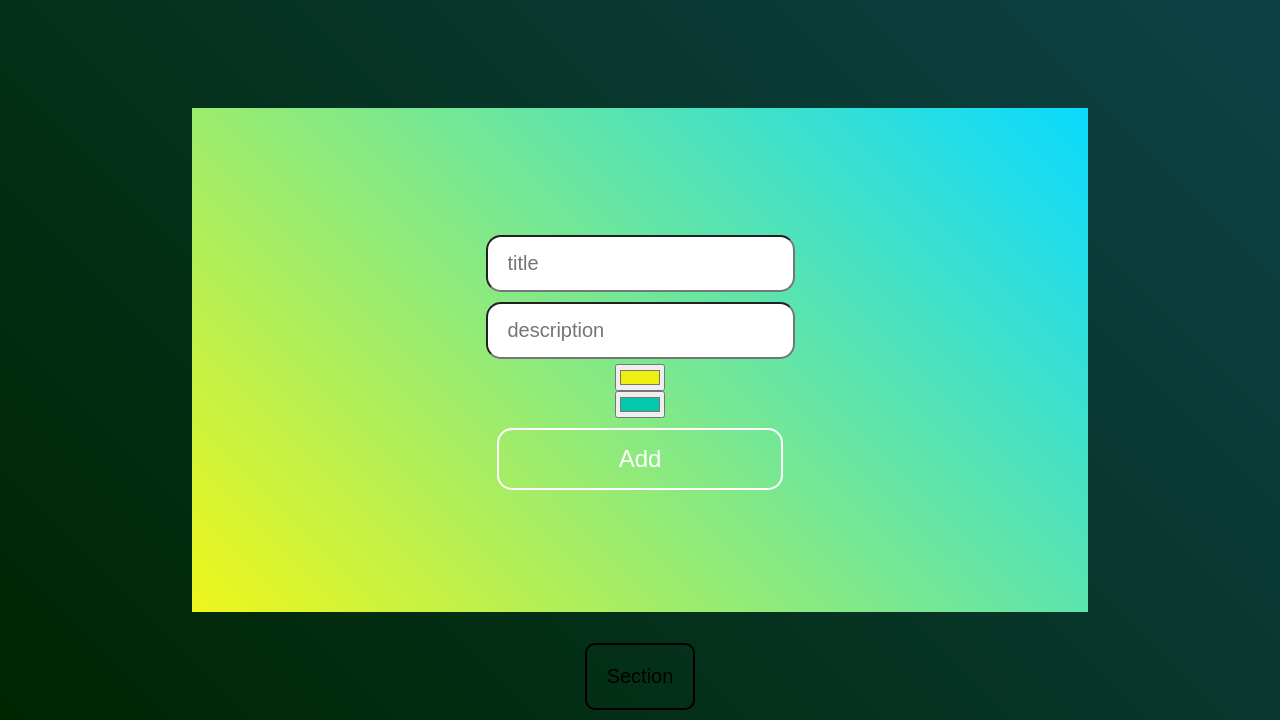
Repository: EdgarSargsyan2001/Trello170622
Page: /, after clicking the first element matching `button.AddSectionBtn`
An editor plug-in stored every save of this project. The page is shown before and after the next save, followed by the edit.
The browser window is 1280 px wide. The pictures show the whole page.
The project was rebuilt for these pictures with package versions that can differ from the ones it lists, and the page was loaded fresh each time. Also part of the build but not shown: src/components/tasks/Tasks.css, src/components/tasks/Tasks.tsx, src/components/sections/Section.tsx.

Above is the page before, as saved 2022-07-05 13:17:03.

After the next save:
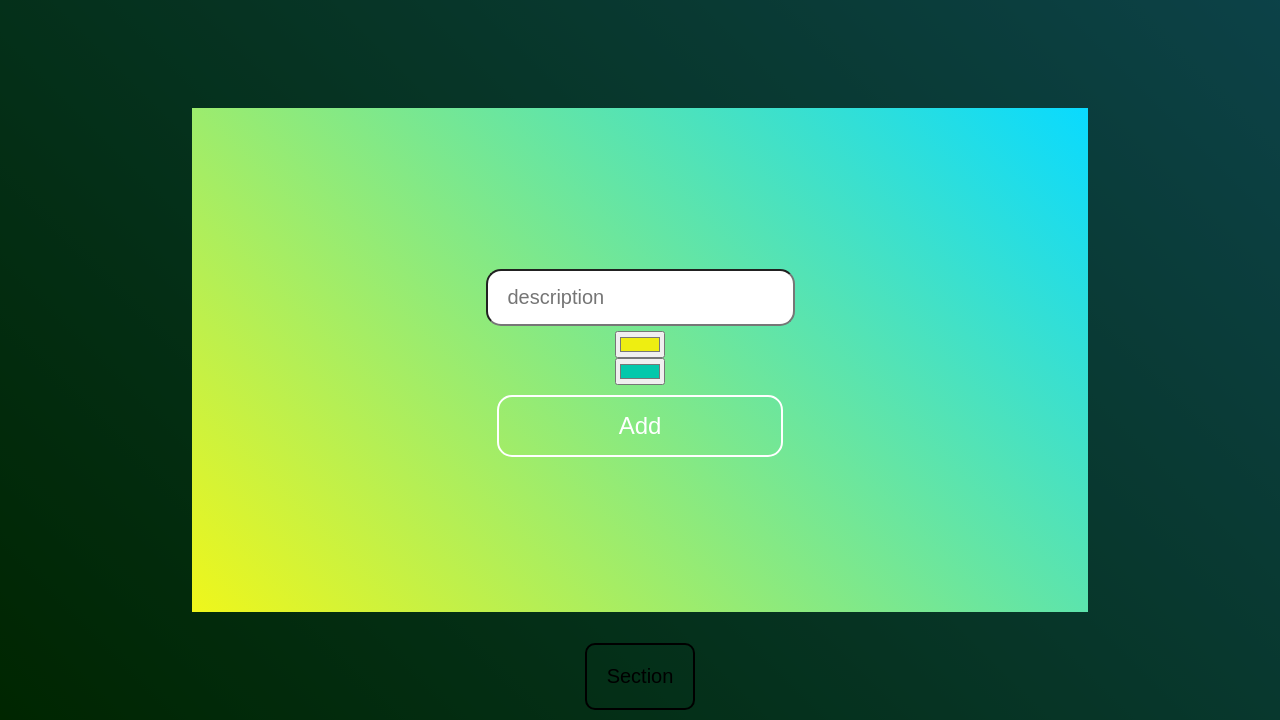
Saved 4 s later.
--- a/src/components/Modal/Modal.tsx
+++ b/src/components/Modal/Modal.tsx
@@ -65,12 +65,12 @@
       <span className="modalSpan"></span>
       <span className="modalSpan"></span>
 
-      <input
+      {/* <input
         type="text"
         className="modalInp"
         placeholder="title"
         ref={titleRef}
-      />
+      /> */}
 
       <input
         type="text"

After the save that followed:
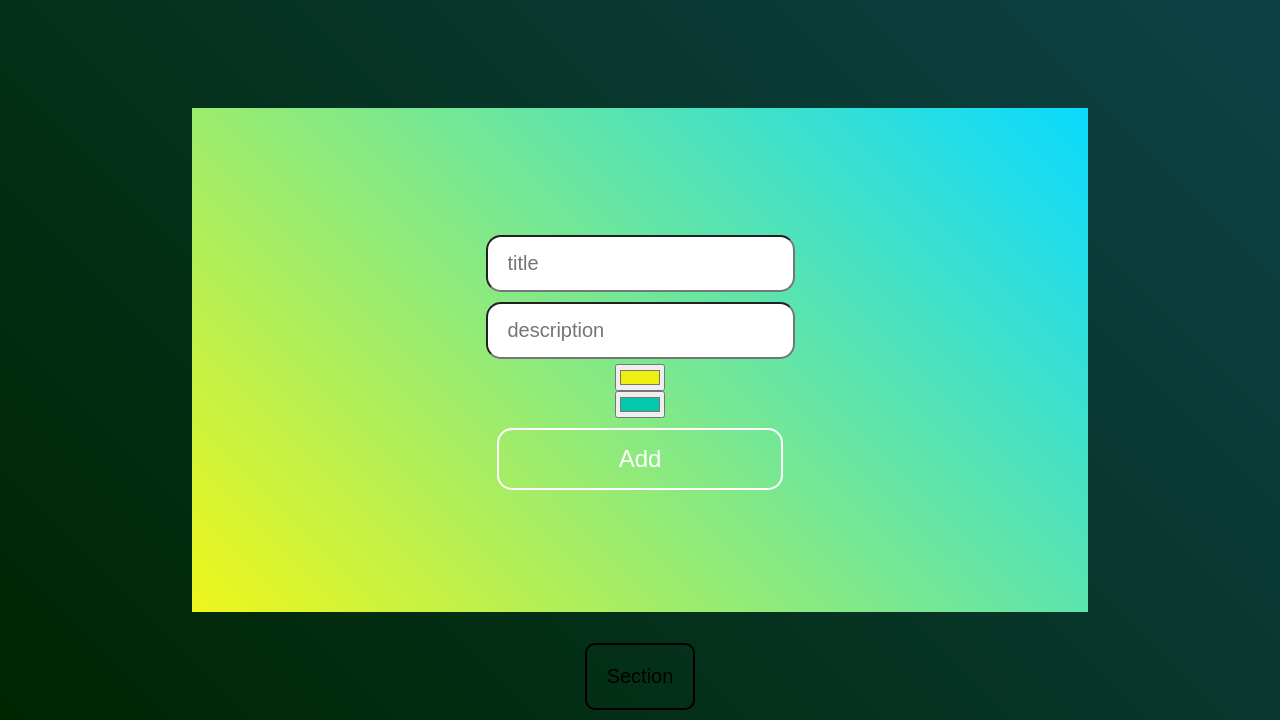
Saved 12 s later.
--- a/src/components/Modal/Modal.tsx
+++ b/src/components/Modal/Modal.tsx
@@ -65,12 +65,12 @@
       <span className="modalSpan"></span>
       <span className="modalSpan"></span>
 
-      {/* <input
+      <input
         type="text"
         className="modalInp"
         placeholder="title"
         ref={titleRef}
-      /> */}
+      />
 
       <input
         type="text"
